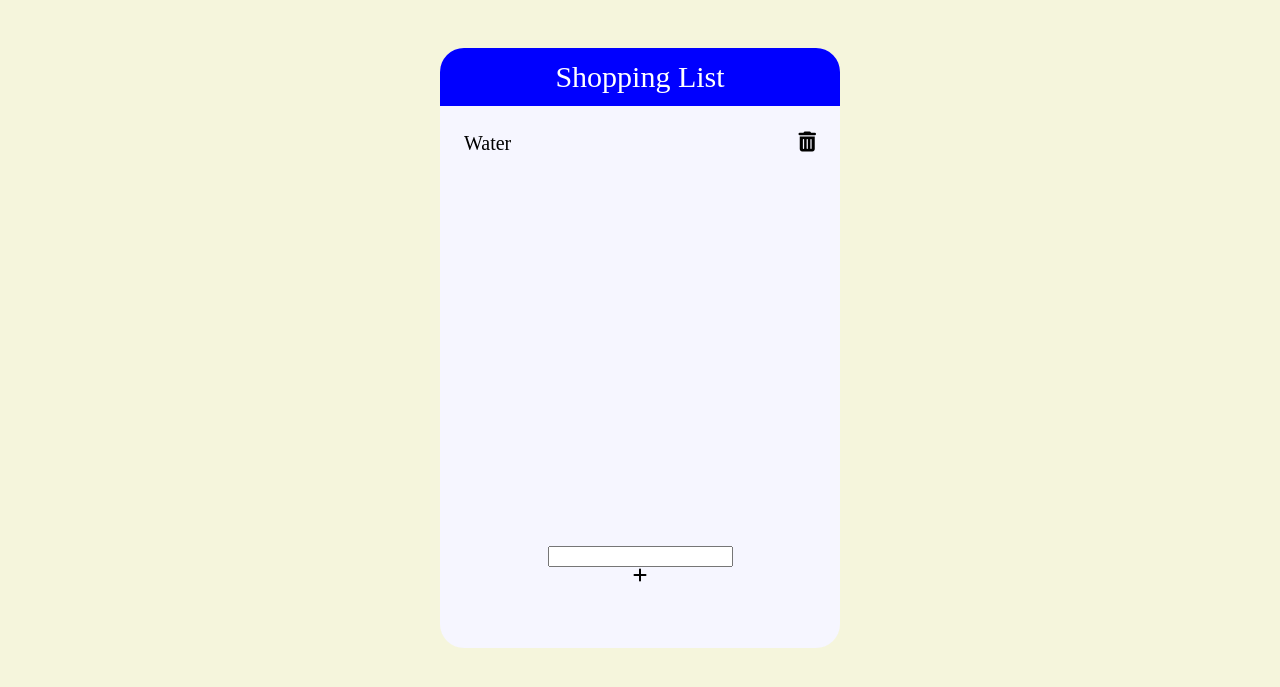
Repository: keehoonjung/Shopping-list
Page: index.html
These files come from the project's save history. The page is drawn as it stood at one moment and after the next save; the edit follows.
The browser window is 1280 px wide. The pictures show the whole page.
Some web libraries are served in a nearby version.

Above is the page before, as saved 2021-08-07 17:29:23.

### index.html
<!DOCTYPE html>
<html lang="en">
<head>
    <meta charset="UTF-8">
    <meta http-equiv="X-UA-Compatible" content="IE=edge">
    <meta name="viewport" content="width=device-width, initial-scale=1.0">
    <title>Shopping-list</title>
    <script src="main.js" defer></script>
    <link rel="stylesheet" href="style.css">
    <script src="https://kit.fontawesome.com/a7a8d59961.js" crossorigin="anonymous"></script>
</head>
<body>
    <div class="container">
        <div class="header">
            Shopping List
        </div>
        <section class="main">
            <ul class="main_list">
                <li>
                    <span> Water </span>
                    <i class="fas fa-trash-alt"></i>
                </li>
            </ul>
        </section>
        <input type="text" class="input_text">
        <div class="footer">
            <i class="fas fa-plus"></i>
        </div>
    </div>
</body>
</html>

### style.css
body {
  background-color: beige;
  text-align: center;
}

li {
  display: flex;
  justify-content: space-between;
  list-style: none;
  width: 100%;
}

button {
  cursor: pointer;
}

.container {
  margin: auto;
  background-color: rgb(246, 246, 255);
  height: 600px;
  width: 400px;
  border-radius: 24px;
  transform: translateY(40px);
}

.header {
  background-color: blue;
  font-size: 30px;
  color: white;
  border-top-left-radius: 24px;
  border-top-right-radius: 24px;
  padding: 12px 0;
}

.main {
  height: 420px;
}

.main_list {
  padding: 6px 24px;
  font-size: 20px;
}

Loaded but not shown: main.js (no stored copy; drawn as an empty file)

After the next save:
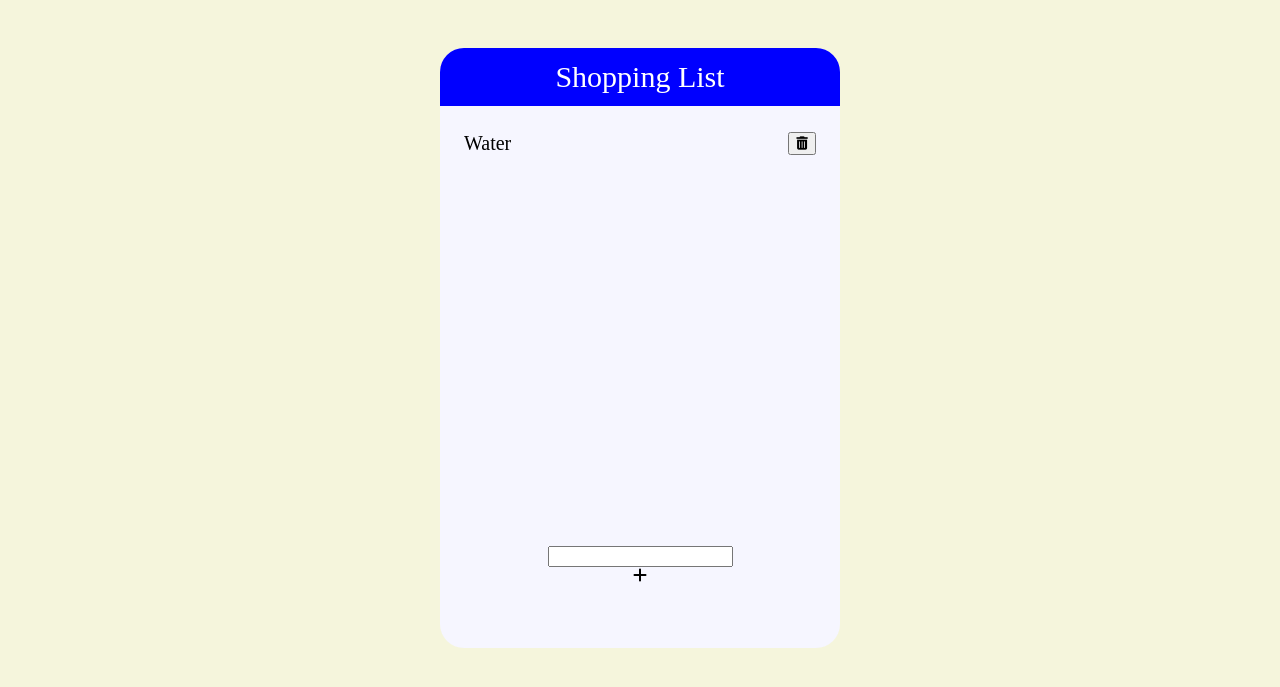
Saved 28 s later.
--- a/index.html
+++ b/index.html
@@ -18,7 +18,9 @@
             <ul class="main_list">
                 <li>
                     <span> Water </span>
-                    <i class="fas fa-trash-alt"></i>
+                    <button class="delete__Btn">
+                        <i class="fas fa-trash-alt"></i>
+                    </button>
                 </li>
             </ul>
         </section>
